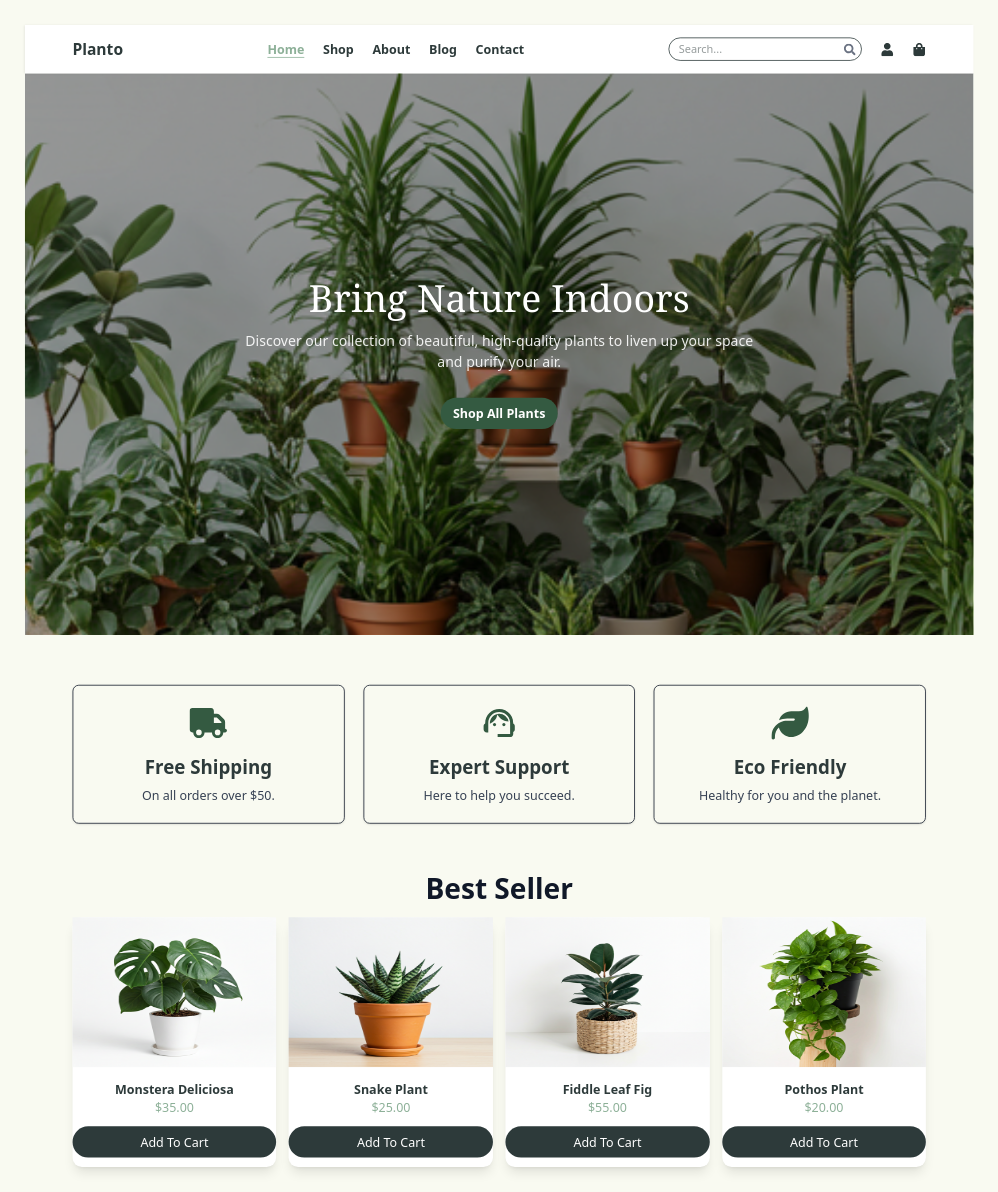
Repository: mazenessam99/Planto
Page: /
These files come from the project's save history. The page is drawn as it stood at one moment and after a run of saves; the edit follows.
The browser window is 1280 px wide. The pictures show the whole page, at 78% of full size.
The project was rebuilt for these pictures with package versions that can differ from the ones it lists, and the page was loaded fresh each time. Also part of the build but not shown: vite.config.js.

Above is the page before, as saved 2025-11-22 23:09:09.

After the next 2 saves:
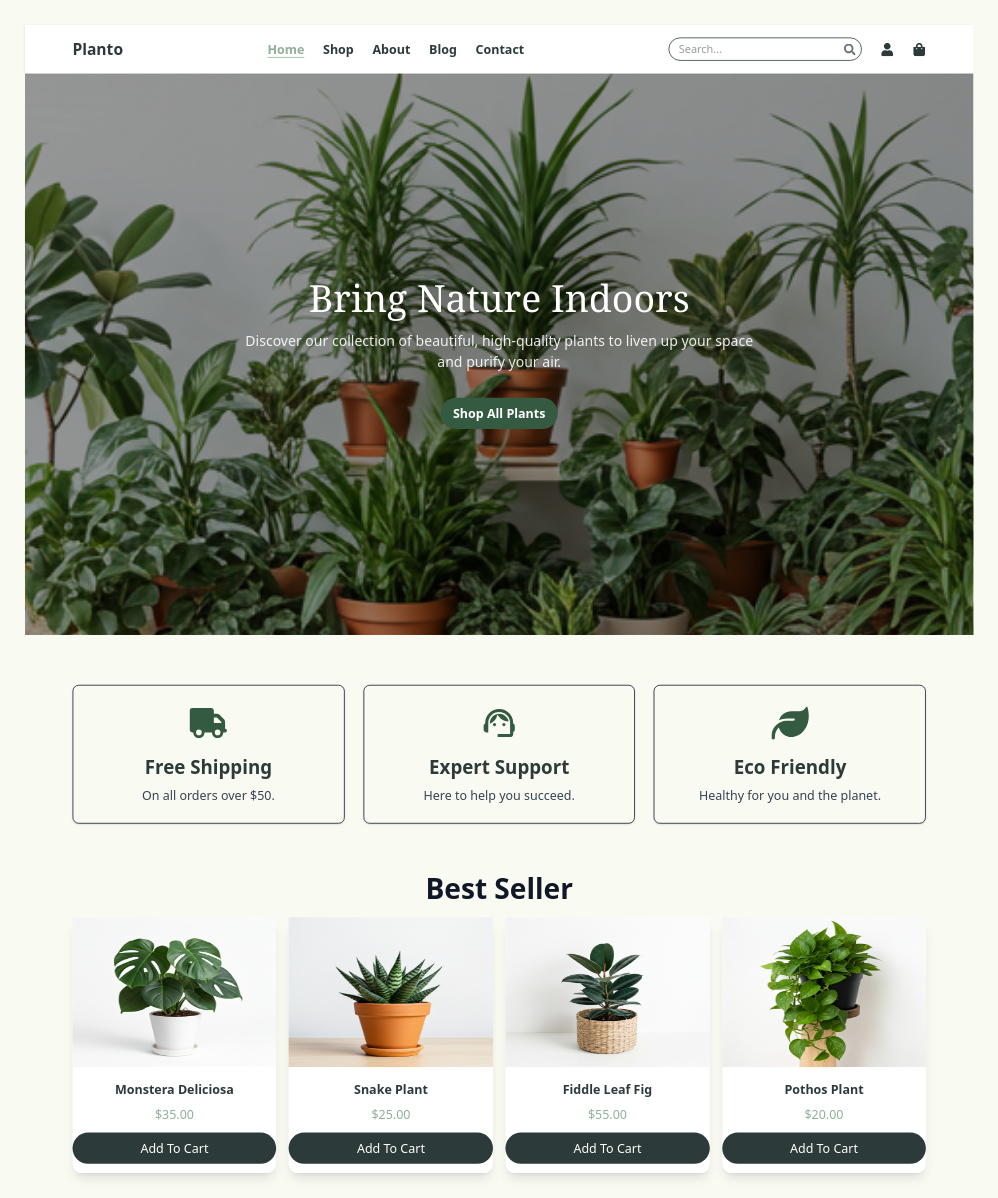
The 2 saves are shown as one change because they came seconds apart.
The last was saved 12 s later.
--- a/src/components/ui/ProductCard.jsx
+++ b/src/components/ui/ProductCard.jsx
@@ -7,7 +7,7 @@ const ProductCard = ({src,title,price,showButton=true,buttonText='Add To Cart'})
         <img src={src} className="w-full h-full"/>
       </div>
       <h3 className="mt-4 font-bold text-primary">{title}</h3>
-      <p className=" text-secondary">{price}</p>
+      <p className="mt-2 text-secondary">{price}</p>
       {showButton&&(
         <Button className="my-3 ">
           {buttonText}
